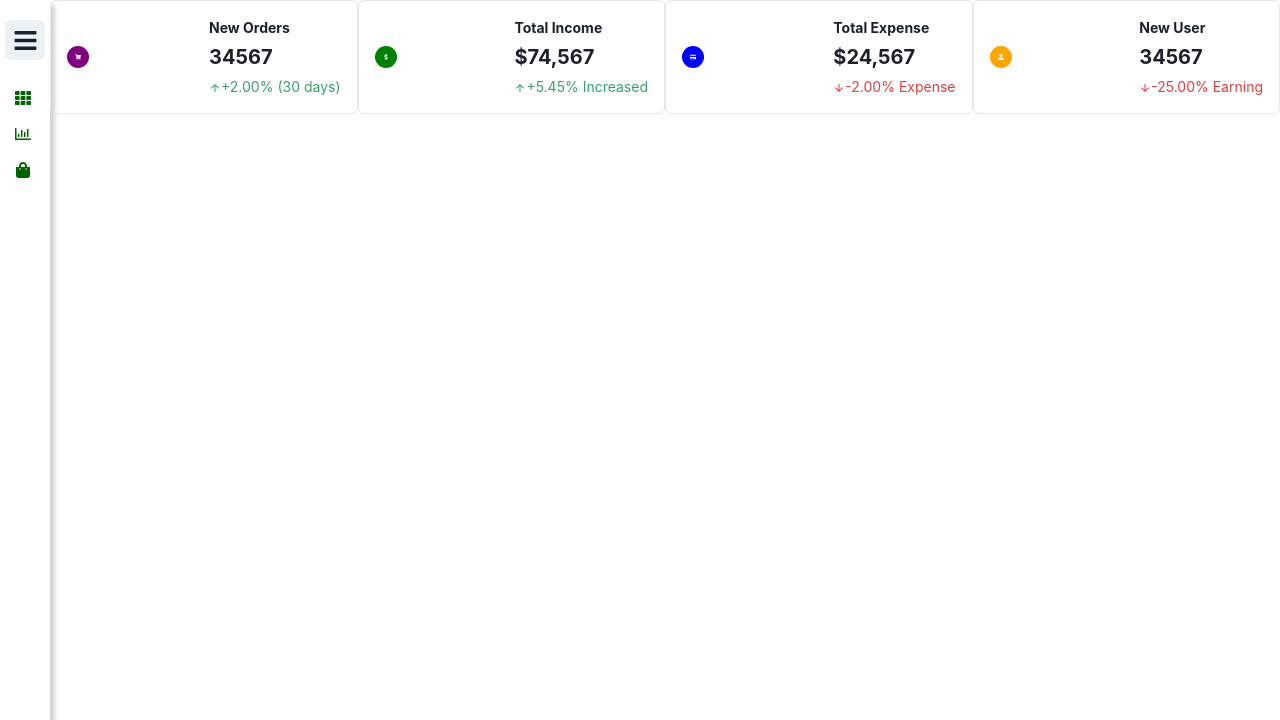
Repository: Andarg01/chakra-dashboard
Page: /
An editor plug-in stored every save of this project. The page is shown before and after the next save, followed by the edit.
The browser window is 1280 px wide. The pictures show the whole page.
The project was rebuilt for these pictures with package versions that can differ from the ones it lists, and the page was loaded fresh each time. Also part of the build but not shown: src/components/ProductModal.tsx, src/components/ProductTable.tsx, src/pages/ProductList.tsx, src/components/RecentSalesTable.tsx, src/components/PopularProductsPage.tsx, src/pages/Analytics.tsx.

Above is the page before, as saved 2024-03-18 00:23:34.

### src/index.tsx
import React from 'react';
import ReactDOM from 'react-dom/client';
import './index.css';
import App from './App';

import { ChakraProvider } from '@chakra-ui/react';


const root = ReactDOM.createRoot(
  document.getElementById('root') as HTMLElement
);
root.render(

  <React.StrictMode>
  <ChakraProvider>
    <App />
    </ChakraProvider>
  </React.StrictMode>

);

### src/App.tsx
import React from 'react'
import ProductList from './pages/ProductList'
import Dashboard from './components/Dashboard'
import Sidebar from './components/Sidebar';
import Analytics from './pages/Analytics';
import { BrowserRouter, Route, Routes } from 'react-router-dom';
const App = () => {
  return (
    <div>
    <BrowserRouter>
    <Sidebar>
      <Routes>
      <Route path="/" element={<Dashboard />}/>
      <Route path="/dashboard" element={<Dashboard />}/>
      <Route path="/analytics" element={<Analytics  />} />
      <Route path="/product" element={<ProductList />}/>

      </Routes>
    </Sidebar>
  </BrowserRouter>
    </div>
  )
}

export default App





















// import React from 'react';
// import { BrowserRouter, Route, Routes } from 'react-router-dom';
// import Sidebar from './components/Sidebar';

// import Dashboard from './pages/Dashboard'

// import Analytics from './pages/AnalyticsPage'

// import ProductList from './ProductList';
// import './App.css';


// // import { ChakraProvider } from '@chakra-ui/react';

// type SaleData = {
//   date: string;
//   amount: number;
// };

// type RevenueData = {
//   month: string;
//   revenue: number;
// };

// const App: React.FC = () => {
//   const saleData: SaleData[] = [
//     { date: '2022-01-01', amount: 100 },
//     { date: '2022-01-02', amount: 150 },
//     { date: '2022-01-03', amount: 200 },
//     { date: '2022-01-04', amount: 120 },
//     { date: '2022-01-05', amount: 180 },
//     { date: '2022-01-06', amount: 90 },
//     { date: '2022-01-07', amount: 110 },
//     { date: '2022-01-08', amount: 130 },
//     { date: '2022-01-09', amount: 170 },
//     { date: '2022-01-10', amount: 160 },
//   ];

//   const revenueData: RevenueData[] = [
//     { month: 'January', revenue: 500 },
//     { month: 'February', revenue: 700 },
//     { month: 'March', revenue: 600 },
//     { month: 'April', revenue: 800 },
//     { month: 'May', revenue: 900 },
//     { month: 'June', revenue: 750 },
//     { month: 'July', revenue: 850 },
//     { month: 'August', revenue: 950 },
//     { month: 'September', revenue: 700 },
//     { month: 'October', revenue: 850 },
//   ];

//   return (
//     // <ChakraProvider>
//       <div>
//         <BrowserRouter>
//           <Sidebar>
//             <Routes>
//               <Route path="/" element={<Dashboard saleData={saleData} revenueData={revenueData} />} />
//               <Route path="/dashboard" element={<Dashboard saleData={saleData} revenueData={revenueData} />} />

//               <Route path="/analytics" element={<Analytics />} />
//               <Route path="/product" element={<ProductList />} />

//             </Routes>
//           </Sidebar>
//         </BrowserRouter>
//       </div>
//     {/* </ChakraProvider> */}
//   );
// };

// export default App;

### src/components/Dashboard.tsx


import { Flex, Box, Text } from "@chakra-ui/react";
import { FaShoppingCart, FaDollarSign, FaCreditCard, FaUser } from "react-icons/fa";
import { ArrowUpIcon, ArrowDownIcon } from "@chakra-ui/icons";

const IconCard = ({ icon, title, value, trend, trendPercentage, trendLabel }) => (
  <Box width={{ base: "100%", sm: "50%", md: "25%" }} mb={4}>
    <Flex
      borderRadius="md"
      borderWidth="1px"
      borderColor="gray.200"
      p={4}
      alignItems="center"
      justifyContent="space-between"
    >
      <Box bg={icon.color} borderRadius="full" p={2} mr={4}>
        {icon.component({ size: 6, color: "white" })}
      </Box>
      <Box>
        <Text fontSize="sm" fontWeight="bold" mb={1}>
          {title}
        </Text>
        <Text fontSize="xl" fontWeight="bold" mb={1}>
          {value}
        </Text>
        <Text fontSize="sm" color={trend >= 0 ? "green.500" : "red.500"}>
          {trend >= 0 ? <ArrowUpIcon boxSize={3} /> : <ArrowDownIcon boxSize={3} />}
          {trendPercentage}% {trendLabel}
        </Text>
      </Box>
    </Flex>
  </Box>
);

const Dashboard = () => (
  <Flex flexWrap="wrap">
    <IconCard
      icon={{ component: FaShoppingCart, color: "purple" }}
      title="New Orders"
      value="34567"
      trend={2.00}
      trendPercentage="+2.00"
      trendLabel="(30 days)"
    />
    <IconCard
      icon={{ component: FaDollarSign, color: "green" }}
      title="Total Income"
      value="$74,567"
      trend={5.45}
      trendPercentage="+5.45"
      trendLabel="Increased"
    />
    <IconCard
      icon={{ component: FaCreditCard, color: "blue" }}
      title="Total Expense"
      value="$24,567"
      trend={-2.00}
      trendPercentage="-2.00"
      trendLabel="Expense"
    />
    <IconCard
      icon={{ component: FaUser, color: "orange" }}
      title="New User"
      value="34567"
      trend={-25.00}
      trendPercentage="-25.00"
      trendLabel="Earning"
    />
  </Flex>
);

export default Dashboard;



// import React from "react";
// import { Box, Flex, Text } from "@chakra-ui/react";
// import {
//   BarChart,
//   Bar,
//   Tooltip,
//   Legend,
//   AreaChart,
//   Area,
//   PieChart,
//   Pie,
//   Cell,
//   LineChart,
//   Line,
// } from "recharts";
// import Statics from "./Statics";
// import AnalyticalPage from "../pages/Analytics";
// import FullAnalyticsPage from "./AnalyticalCard";
// import ReviewPage from "../pages/ReviewPage";

// export {};
// // Sample data for demonstration purposes
// const productData = [
//   { category: "Category A", count: 20 },
//   { category: "Category B", count: 15 },
//   { category: "Category C", count: 10 },
//   { category: "Category D", count: 20 },
//   { category: "Category E", count: 15 },
//   { category: "Category F", count: 10 },
//   { category: "Category G", count: 20 },
//   { category: "Category H", count: 15 },
//   { category: "Category I", count: 10 },
// ];

// const categoryData = [
//   { shop: "Shop A", count: 5 },
//   { shop: "Shop B", count: 8 },
//   { shop: "Shop C", count: 12 },
//   { shop: "Shop D", count: 5 },
//   { shop: "Shop E", count: 8 },
//   { shop: "Shop F", count: 12 },
//   { shop: "Shop G", count: 5 },
//   { shop: "Shop H", count: 8 },
//   { shop: "Shop I", count: 12 },
// ];

// const shopData = [
//   { name: "Shop A", value: 30 },
//   { name: "Shop B", value: 40 },
//   { name: "Shop C", value: 30 },
//   { name: "Shop D", value: 30 },
//   { name: "Shop E", value: 40 },
//   { name: "Shop F", value: 30 },
//   { name: "Shop G", value: 30 },
//   { name: "Shop H", value: 40 },
//   { name: "Shop I", value: 30 },
// ];

// const reviewData = [
//   { date: "2024-01-01", rating: 4 },
//   { date: "2024-02-01", rating: 3.5 },
//   { date: "2024-03-01", rating: 4.2 },
//   { date: "2024-04-01", rating: 4 },
//   { date: "2024-05-01", rating: 3.5 },
//   { date: "2024-06-01", rating: 4.2 },
//   { date: "2024-07-01", rating: 4 },
//   { date: "2024-08-01", rating: 3.5 },
//   { date: "2024-09-01", rating: 4.2 },
// ];

// const Dashboard: React.FC = () => {
//   // Helper function to calculate average rating
//   const getAverageRating = (data: { rating: number }[]): number => {
//     const totalRating = data.reduce((acc, curr) => acc + curr.rating, 0);
//     return totalRating / data.length;
//   };

//   return (
//     <Flex
//       flexWrap="wrap"
//       justify="around"
//       align="center"
//       direction={["column", "row"]}
//     >
//       <FullAnalyticsPage/>

//       {/* Product Statistics */}
//       <Box
//         flex="1"
//         boxShadow="xl"
//         borderRadius="lg"
//         p={6}
//         m={4}
//         maxW="600px"
//         textAlign="center"
//       >
//         <Text fontSize="xl" mb={4}>
//           Product Statistics
//         </Text>
//         <BarChart width={400} height={300} data={productData}>
//           <Tooltip />
//           <Legend />
//           <Bar dataKey="count" fill="#00800080" />
//         </BarChart>
//       </Box>
//       <Box
//        flex="1"
//        boxShadow="xl"
//        borderRadius="lg"
//        p={6}
//        m={4}
//        maxW="600px"
//        textAlign="center"
//       >
//       <Statics/>
//       </Box>


//       {/* Category Statistics */}
//       <Box
//         flex="1"
//         boxShadow="xl"
//         borderRadius="lg"
//         p={6}
//         m={4}
//         maxW="400px"
//         textAlign="center"
//       >
//         <Text fontSize="xl" mb={4}>
//           Category Statistics
//         </Text>
//         <AreaChart width={400} height={300} data={categoryData}>
//           <Tooltip />
//           <Area type="monotone" dataKey="count" fill="#00800080" />
//         </AreaChart>
//       </Box>

//       {/* Shop Statistics */}
//       <Box
//         flex="1"
//         boxShadow="xl"
//         borderRadius="lg"
//         p={6}
//         m={4}
//         maxW="400px"
//         textAlign="center"
//       >
//         <Text fontSize="xl" mb={4}>
//           Shop Statistics
//         </Text>
//         <PieChart width={400} height={300}>
//           <Pie
//             data={shopData}
//             cx="50%"
//             cy="50%"
//             outerRadius={100}
//             fill="rgba(0, 128, 0, 0.8)" // Transparent dark-green color
//             label
//             dataKey="value" // Add dataKey here
//           >
//             {shopData.map((entry, index) => (
//               <Cell key={`cell-${index}`} fill="#00800080" />
//             ))}
//           </Pie>
//         </PieChart>
//       </Box>

//       {/* Review Statistics */}
//       <Flex direction="row" justify="between">
//       <Box
//         flex="1"
//         boxShadow="xl"
//         borderRadius="lg"
//         p={6}
//         m={4}
//         maxW="700px"
//         textAlign="center"

//       >
//         <Text fontSize="xl" mb={4}>
//           Review Statistics
//         </Text>
//         <LineChart width={400} height={300} data={reviewData}>
//           <Tooltip />
//           <Line type="monotone" dataKey="rating" stroke="rgba(0, 128, 0, 0.8)" />
//         </LineChart>
//         <Box textAlign="left">
//           <Text fontSize="lg">
//             Average Rating: {getAverageRating(reviewData)}
//           </Text>
//           <Text fontSize="lg">Total Reviews: {reviewData.length}</Text>
//           <Box>
//           <ReviewPage/>
//           </Box>

//         </Box>



//       </Box>
//       </Flex>
//     </Flex>
//   );
// };

// export default Dashboard;
















// // // // Dashboard.tsx
// // // import React from 'react';
// // // import { Box, Text, SimpleGrid, Flex } from '@chakra-ui/react';
// // // import { GiShoppingCart, GiCash, GiReceiveMoney, GiTwoCoins, GiShoppingBag, GiMultipleTargets } from 'react-icons/gi';
// // // // import Statics from './Statics';
// // // import StatisticsPage from './StatisticsPage';

// // // interface DashboardCardProps {
// // //   title: string;
// // //   value: number;
// // //   index: number;
// // //   isCurrency?: boolean;
// // // }

// // // const iconComponents = [
// // //   GiShoppingCart,   // Total Orders
// // //   GiCash,           // Total Sales
// // //   GiReceiveMoney,   // Total Revenue
// // //   GiTwoCoins,       // Total Customer Commits
// // //   GiShoppingBag,    // Total Products
// // //   GiMultipleTargets // Total Categories
// // // ];

// // // const DashboardCard: React.FC<DashboardCardProps> = ({ title, value, index, isCurrency = false }) => {
// // //   const IconComponent = iconComponents[index];

// // //   const formattedValue = isCurrency ? `Birr ${value.toLocaleString()}` : value;

// // //   return (
// // //     <Box
// // //       p="4"
// // //       borderRadius="lg"
// // //       border="1px solid"
// // //       borderColor="gray.200"
// // //       boxShadow="xl"
// // //       textAlign="center"
// // //       minH={`calc(100px + 1/3 * 100px)`} // Maximize height and add 1/3 of the size
// // //       fontSize="2xl"
// // //       color="black" // Set text color to black
// // //       display="inline-flex"
// // //       flexDirection="column"
// // //       alignItems="center"
// // //     >
// // //       <Flex alignItems="center">
// // //         <IconComponent size={40}  fontWeight="bold" />
// // //         <Text fontWeight="bold" ml="2" mr="2">
// // //           {title}
// // //         </Text>
// // //       </Flex>
// // //       <Text>{formattedValue}</Text>
// // //     </Box>
// // //   );
// // // };

// // // const Dashboard: React.FC = () => {
// // //   // Dummy data for demonstration
// // //   const metricsData = {
// // //     totalOrders: 150,
// // //     totalSales: 50000,
// // //     totalRevenue: 75000,
// // //     totalCustomerCommits: 80,
// // //     totalProducts: 50,
// // //     totalCategories: 10,
// // //   };

// // //   return (
// // //     <Box p="8">
// // //       <Text fontSize="3xl" fontWeight="bold" mb="6">
// // //         Dashboard
// // //       </Text>
// // //       {/* <Statics/> */}
// // //       <StatisticsPage/>
// // //       <SimpleGrid columns={[1, 2, 3, 3]} spacing="4">
// // //         <DashboardCard title="Total Orders" value={metricsData.totalOrders} index={0} />
// // //         <DashboardCard title="Total Sales" value={metricsData.totalSales} index={1} isCurrency />
// // //         <DashboardCard title="Total Revenue" value={metricsData.totalRevenue} index={2} isCurrency />
// // //         <DashboardCard title="Total Customer Commits" value={metricsData.totalCustomerCommits} index={3} />
// // //         <DashboardCard title="Total Products" value={metricsData.totalProducts} index={4} />
// // //         <DashboardCard title="Total Categories" value={metricsData.totalCategories} index={5} />
// // //       </SimpleGrid>
// // //     </Box>
// // //   );
// // // };

// // // export default Dashboard;





// // // // // Dashboard.tsx
// // // // import React from 'react';
// // // // import { Box, Text, SimpleGrid, Flex } from '@chakra-ui/react';
// // // // import { GiShoppingCart, GiCash, GiReceiveMoney, GiTwoCoins, GiShoppingBag, GiMultipleTargets } from 'react-icons/gi';

// // // // interface DashboardCardProps {
// // // //   title: string;
// // // //   value: number;
// // // //   index: number;
// // // //   isCurrency?: boolean;
// // // // }

// // // // const iconComponents = [
// // // //   GiShoppingCart,   // Total Orders
// // // //   GiCash,           // Total Sales
// // // //   GiReceiveMoney,   // Total Revenue
// // // //   GiTwoCoins,       // Total Customer Commits
// // // //   GiShoppingBag,    // Total Products
// // // //   GiMultipleTargets // Total Categories
// // // // ];

// // // // const DashboardCard: React.FC<DashboardCardProps> = ({ title, value, index, isCurrency = false }) => {
// // // //   const colors = ['rgba(159, 122, 234, 0.7)', 'rgba(237, 100, 166, 0.7)']; // Purple, Pink with transparency
// // // //   const backgroundColor = colors[index % colors.length];

// // // //   const IconComponent = iconComponents[index];

// // // //   const formattedValue = isCurrency ? `Birr ${value.toLocaleString()}` : value;

// // // //   return (
// // // //     <Box
// // // //       p="4"
// // // //       borderRadius="lg"
// // // //       boxShadow="xl"
// // // //       textAlign="center"
// // // //       minH={`calc(100px + 1/3 * 100px)`} // Maximize height and add 1/3 of the size
// // // //       fontSize="2xl"
// // // //       color="white"
// // // //       backgroundColor={backgroundColor}
// // // //       display="inline-flex"
// // // //       flexDirection="column"
// // // //       alignItems="center"
// // // //     >
// // // //       <Flex alignItems="center">
// // // //         <IconComponent size={40} mb="-2" fontWeight="bold" />
// // // //         <Text fontWeight="bold" ml="2" mr="2">
// // // //           {title}
// // // //         </Text>
// // // //       </Flex>
// // // //       <Text>{formattedValue}</Text>
// // // //     </Box>
// // // //   );
// // // // };

// // // // const Dashboard: React.FC = () => {
// // // //   // Dummy data for demonstration
// // // //   const metricsData = {
// // // //     totalOrders: 150,
// // // //     totalSales: 50000,
// // // //     totalRevenue: 75000,
// // // //     totalCustomerCommits: 80,
// // // //     totalProducts: 50,
// // // //     totalCategories: 10,
// // // //   };

// // // //   return (
// // // //     <Box p="8">
// // // //       <Text fontSize="3xl" fontWeight="bold" mb="6">
// // // //         Dashboard
// // // //       </Text>

// // // //       <SimpleGrid columns={[1, 2, 3, 3]} spacing="4">
// // // //         <DashboardCard title="Total Orders" value={metricsData.totalOrders} index={0} />
// // // //         <DashboardCard title="Total Sales" value={metricsData.totalSales} index={1} isCurrency />
// // // //         <DashboardCard title="Total Revenue" value={metricsData.totalRevenue} index={2} isCurrency />
// // // //         <DashboardCard title="Total Customer Commits" value={metricsData.totalCustomerCommits} index={3} />
// // // //         <DashboardCard title="Total Products" value={metricsData.totalProducts} index={4} />
// // // //         <DashboardCard title="Total Categories" value={metricsData.totalCategories} index={5} />
// // // //       </SimpleGrid>
// // // //     </Box>
// // // //   );
// // // // };

// // // // export default Dashboard;

### src/components/Sidebar.tsx

import React, { useState } from 'react';
import {
  FaTh,
  FaBars,
  FaShoppingBag,
  FaRegChartBar,
} from 'react-icons/fa';

import { NavLink } from 'react-router-dom';
import { Box, IconButton, Text, Flex } from '@chakra-ui/react';

interface MenuItem {
  path: string;
  name: string;
  icon: JSX.Element;
}

const Sidebar: React.FC<React.PropsWithChildren<{}>> = ({ children }) => {
  const [isOpen, setIsOpen] = useState(false);

  const toggle = () => setIsOpen(!isOpen);

  const menuItems: MenuItem[] = [
    {
      path: '/',
      name: 'Dashboard',
      icon: <FaTh />,
    },
    {
      path: '/analytics',
      name: 'Analytics',
      icon: <FaRegChartBar />,
  },
    {
      path: '/product',
      name: 'Product',
      icon: <FaShoppingBag />,
    },
  ];

  return (
    <Flex>
      <Box
        width={isOpen ? '200px' : '50px'}
        bg="#fff"
        boxShadow="5px 5px 4px rgb(212, 212, 212)"
        color="#000"
        height="100vh"
        transition="all 0.5s"
        overflowX="hidden"
      >
        <Flex
          className="top_section"
          direction="column"
          align="center"
          justify="center"
          p="20px 15px"
        >
          <Text fontSize={isOpen ? '30px' : '0'} className="logo">
            Logo
          </Text>
          <IconButton
            marginLeft={isOpen ? '50px' : '0px'}
            className="bars"
            fontSize="25px"
            aria-label="Toggle Sidebar"
            icon={<FaBars />}
            onClick={toggle}
          />
        </Flex>
        {menuItems.map((item, index) => (
          <NavLink to={item.path} key={index} className="link">
            <Flex
              p="10px 15px"
              color="#006400"
              _hover={{ bgColor: ' #006400', color: '#fff', margin: '10px', borderRadius: '10px' }}
              _active={{ bgColor: ' #006400', color: '#fff', margin: '10px', borderRadius: '10px' }}
            >
              <Box className="icon" marginRight="3">
                {item.icon}
              </Box>
              <Text
                display={isOpen ? 'block' : 'none'}
                className="link_text text-sm"
                marginLeft="3"
              >
                {item.name}
              </Text>
            </Flex>
          </NavLink>
        ))}
      </Box>
      <Box flex="1">{children}</Box>
    </Flex>
  );
};

export default Sidebar;

Loaded but not shown: public/index.html (common file); src/index.css (common file)

After the next save:
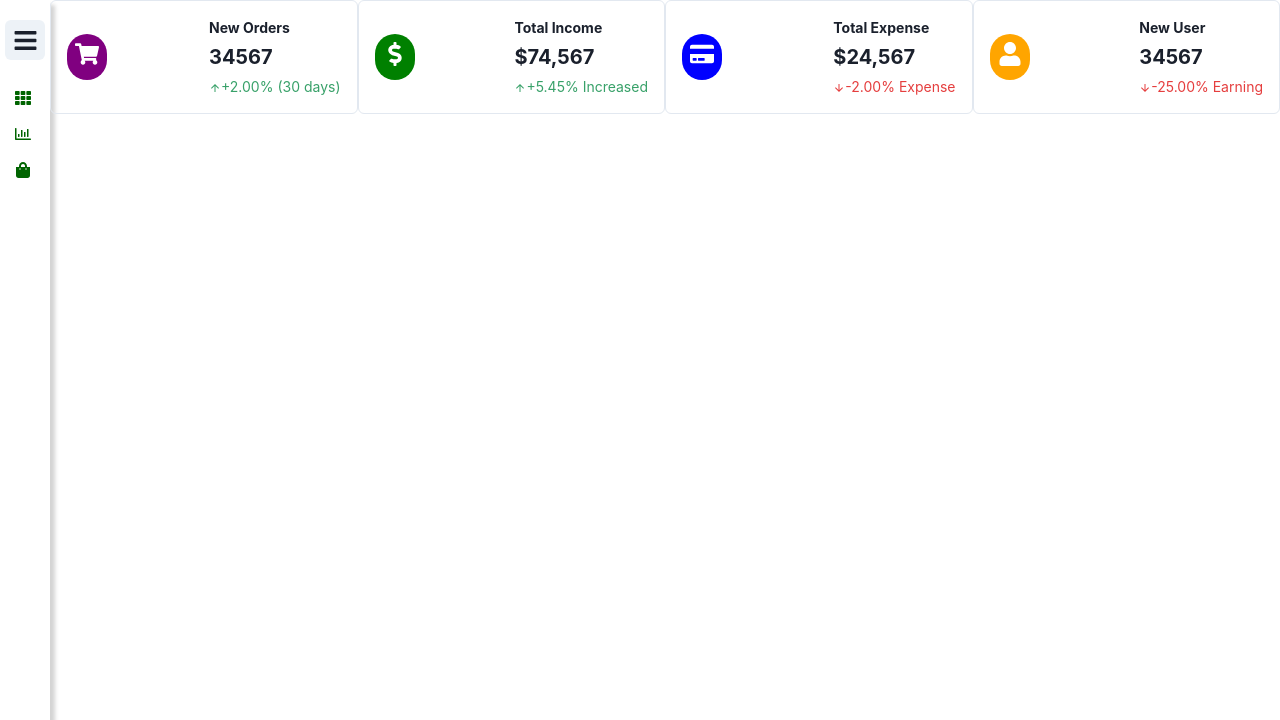
Saved 4 min 38 s later.
--- a/src/components/Dashboard.tsx
+++ b/src/components/Dashboard.tsx
@@ -1,10 +1,19 @@
 
 
-import { Flex, Box, Text } from "@chakra-ui/react";
+import { Flex, Box, Text, Icon } from "@chakra-ui/react";
 import { FaShoppingCart, FaDollarSign, FaCreditCard, FaUser } from "react-icons/fa";
 import { ArrowUpIcon, ArrowDownIcon } from "@chakra-ui/icons";
 
-const IconCard = ({ icon, title, value, trend, trendPercentage, trendLabel }) => (
+interface IconCardProps {
+  icon: { component: any; color: string };
+  title: string;
+  value: string;
+  trend: number;
+  trendPercentage: string;
+  trendLabel: string;
+}
+
+const IconCard: React.FC<IconCardProps> = ({ icon, title, value, trend, trendPercentage, trendLabel }) => (
   <Box width={{ base: "100%", sm: "50%", md: "25%" }} mb={4}>
     <Flex
       borderRadius="md"
@@ -15,7 +24,7 @@ const IconCard = ({ icon, title, value, trend, trendPercentage, trendLabel }) =>
       justifyContent="space-between"
     >
       <Box bg={icon.color} borderRadius="full" p={2} mr={4}>
-        {icon.component({ size: 6, color: "white" })}
+        <Icon as={icon.component} boxSize={6} color="white" />
       </Box>
       <Box>
         <Text fontSize="sm" fontWeight="bold" mb={1}>
